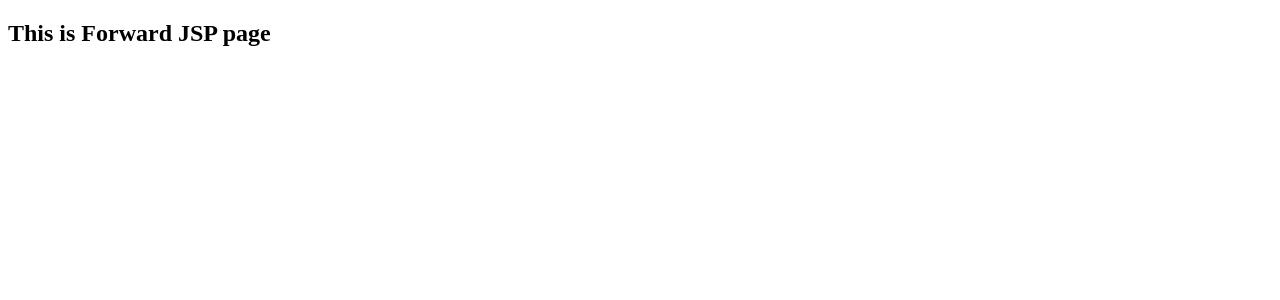
Repository: gowthams33/FullStackDeveloper
Page: http://localhost/jspexample/forward.jsp
The author's editor kept a copy of each file at every save. The page is drawn from the files as they stood at one save, then again after the next save.
The browser window is 1280 px wide. The pictures show the whole page.
The page is served by Tomcat 9. Other server files are loaded and not shown.

Above is the page before, as saved 2017-06-06 07:21:22.

### jspexample/WebContent/forward.jsp
<%@ page language="java" contentType="text/html; charset=ISO-8859-1"
    pageEncoding="ISO-8859-1"%>
<!DOCTYPE html PUBLIC "-//W3C//DTD HTML 4.01 Transitional//EN" "http://www.w3.org/TR/html4/loose.dtd">
<html>
<head>
<meta http-equiv="Content-Type" content="text/html; charset=ISO-8859-1">
<title>Insert title here</title>
</head>
<body>
<h2>
<%= "This is Forward JSP page" %>

 ${param.student}
</h2>
</body>
</html>

After the next save:
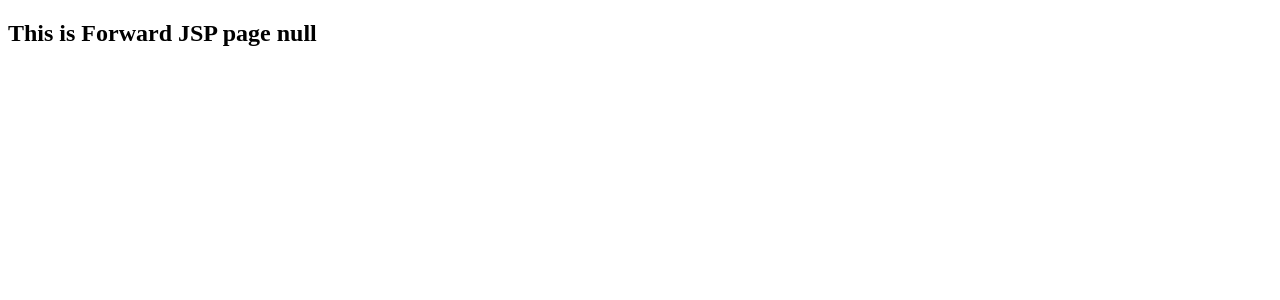
Saved 2 min 17 s later.
--- a/jspexample/WebContent/forward.jsp
+++ b/jspexample/WebContent/forward.jsp
@@ -9,7 +9,10 @@
 <body>
 <h2>
 <%= "This is Forward JSP page" %>
-
+<%
+	String one = request.getParameter("student");
+	out.print(one);
+%>
  ${param.student}
 </h2>
 </body>
